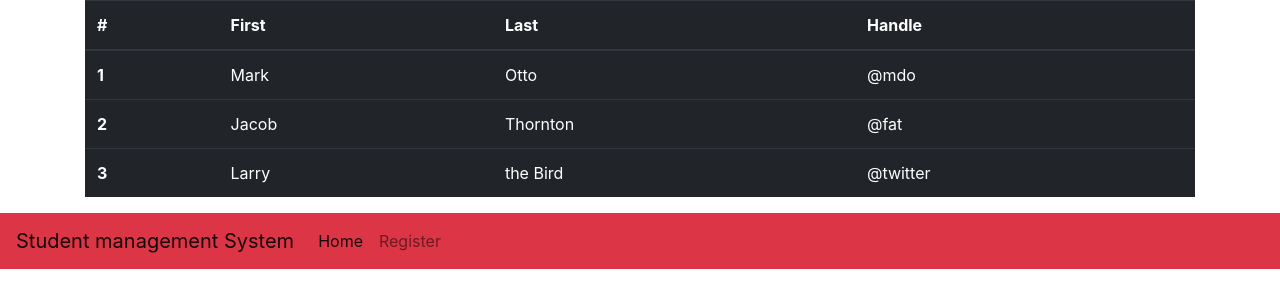
Repository: arindolghosh44/spring
Page: http://localhost/index
An editor plug-in stored every save of this project. The page is shown before and after the next save, followed by the edit.
The browser window is 1280 px wide. The pictures show the whole page.
Some web libraries are served in a nearby version. The page is this project's Thymeleaf template; nobody is signed in. The template is opened directly, without the code that normally fills it, so the values that code supplies are empty.

Above is the page before, as saved 2024-01-20 04:19:30.

### emp_management_System1-1/src/main/resources/templates/index.html
<!doctype html>
<html lang="en">
  <head>
    <!-- Required meta tags -->
    <meta charset="utf-8">
    <meta name="viewport" content="width=device-width, initial-scale=1, shrink-to-fit=no">

    <!-- Bootstrap CSS -->
    <link rel="stylesheet" href="https://cdn.jsdelivr.net/npm/bootstrap@4.0.0/dist/css/bootstrap.min.css" integrity="sha384-Gn5384xqQ1aoWXA+058RXPxPg6fy4IWvTNh0E263XmFcJlSAwiGgFAW/dAiS6JXm" crossorigin="anonymous">

    <title>home page</title>
  </head>
  <body>
    <!-- Navbar -->

    <div class="container">
    <table class="table table-dark">
  <thead>
    <tr>
      <th scope="col">#</th>
      <th scope="col">First</th>
      <th scope="col">Last</th>
      <th scope="col">Handle</th>
    </tr>
  </thead>
  <tbody>
    <tr>
      <th scope="row">1</th>
      <td>Mark</td>
      <td>Otto</td>
      <td>@mdo</td>
    </tr>
    <tr>
      <th scope="row">2</th>
      <td>Jacob</td>
      <td>Thornton</td>
      <td>@fat</td>
    </tr>
    <tr>
      <th scope="row">3</th>
      <td>Larry</td>
      <td>the Bird</td>
      <td>@twitter</td>
    </tr>
  </tbody>
</table>





    </div>



























    <nav class="navbar navbar-expand-lg navbar-light bg-danger">
  <a class="navbar-brand" href="#">Student management System</a>
  <button class="navbar-toggler" type="button" data-toggle="collapse" data-target="#navbarSupportedContent" aria-controls="navbarSupportedContent" aria-expanded="false" aria-label="Toggle navigation">
    <span class="navbar-toggler-icon"></span>
  </button>

  <div class="collapse navbar-collapse" id="navbarSupportedContent">
    <ul class="navbar-nav mr-auto">
      <li class="nav-item active">
        <a class="nav-link" href="#">Home <span class="sr-only">(current)</span></a>
      </li>
      <li class="nav-item-active">
        <a class="nav-link" href="#">Register</a>
      </li>


    </ul>

  </div>
</nav>















    <!-- Navbar -->

    <!-- Optional JavaScript -->
    <!-- jQuery first, then Popper.js, then Bootstrap JS -->
    <script src="https://code.jquery.com/jquery-3.2.1.slim.min.js" integrity="sha384-KJ3o2DKtIkvYIK3UENzmM7KCkRr/rE9/Qpg6aAZGJwFDMVNA/GpGFF93hXpG5KkN" crossorigin="anonymous"></script>
    <script src="https://cdn.jsdelivr.net/npm/popper.js@1.12.9/dist/umd/popper.min.js" integrity="sha384-ApNbgh9B+Y1QKtv3Rn7W3mgPxhU9K/ScQsAP7hUibX39j7fakFPskvXusvfa0b4Q" crossorigin="anonymous"></script>
    <script src="https://cdn.jsdelivr.net/npm/bootstrap@4.0.0/dist/js/bootstrap.min.js" integrity="sha384-JZR6Spejh4U02d8jOt6vLEHfe/JQGiRRSQQxSfFWpi1MquVdAyjUar5+76PVCmYl" crossorigin="anonymous"></script>
  </body>
</html>

After the next save:
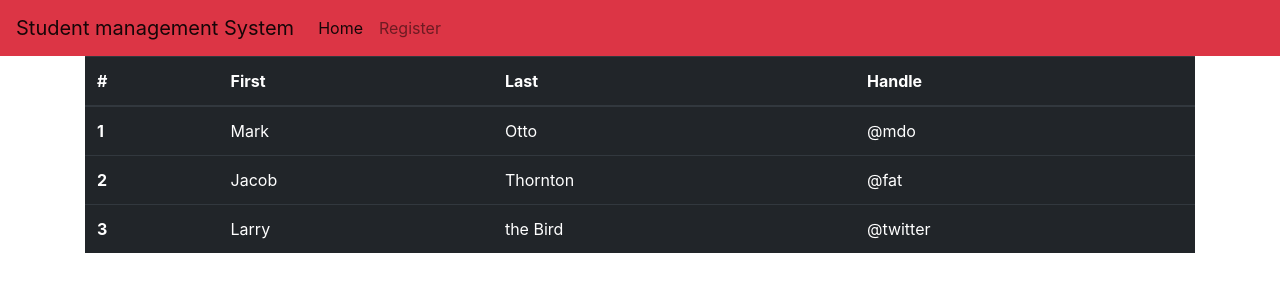
Saved 28 s later.
--- a/emp_management_System1-1/src/main/resources/templates/index.html
+++ b/emp_management_System1-1/src/main/resources/templates/index.html
@@ -12,6 +12,47 @@
   </head>
   <body>
     <!-- Navbar -->
+
+
+
+      <nav class="navbar navbar-expand-lg navbar-light bg-danger">
+  <a class="navbar-brand" href="#">Student management System</a>
+  <button class="navbar-toggler" type="button" data-toggle="collapse" data-target="#navbarSupportedContent" aria-controls="navbarSupportedContent" aria-expanded="false" aria-label="Toggle navigation">
+    <span class="navbar-toggler-icon"></span>
+  </button>
+
+  <div class="collapse navbar-collapse" id="navbarSupportedContent">
+    <ul class="navbar-nav mr-auto">
+      <li class="nav-item active">
+        <a class="nav-link" href="#">Home <span class="sr-only">(current)</span></a>
+      </li>
+      <li class="nav-item-active">
+        <a class="nav-link" href="#">Register</a>
+      </li>
+
+
+    </ul>
+
+  </div>
+</nav>
+
+
+
+
+
+
+
+
+
+
+
+
+
+
+
+
+
+
 
     <div class="container">
     <table class="table table-dark">
@@ -77,26 +118,7 @@
 
 
 
-    <nav class="navbar navbar-expand-lg navbar-light bg-danger">
-  <a class="navbar-brand" href="#">Student management System</a>
-  <button class="navbar-toggler" type="button" data-toggle="collapse" data-target="#navbarSupportedContent" aria-controls="navbarSupportedContent" aria-expanded="false" aria-label="Toggle navigation">
-    <span class="navbar-toggler-icon"></span>
-  </button>
 
-  <div class="collapse navbar-collapse" id="navbarSupportedContent">
-    <ul class="navbar-nav mr-auto">
-      <li class="nav-item active">
-        <a class="nav-link" href="#">Home <span class="sr-only">(current)</span></a>
-      </li>
-      <li class="nav-item-active">
-        <a class="nav-link" href="#">Register</a>
-      </li>
-
-
-    </ul>
-
-  </div>
-</nav>
 
 
 
